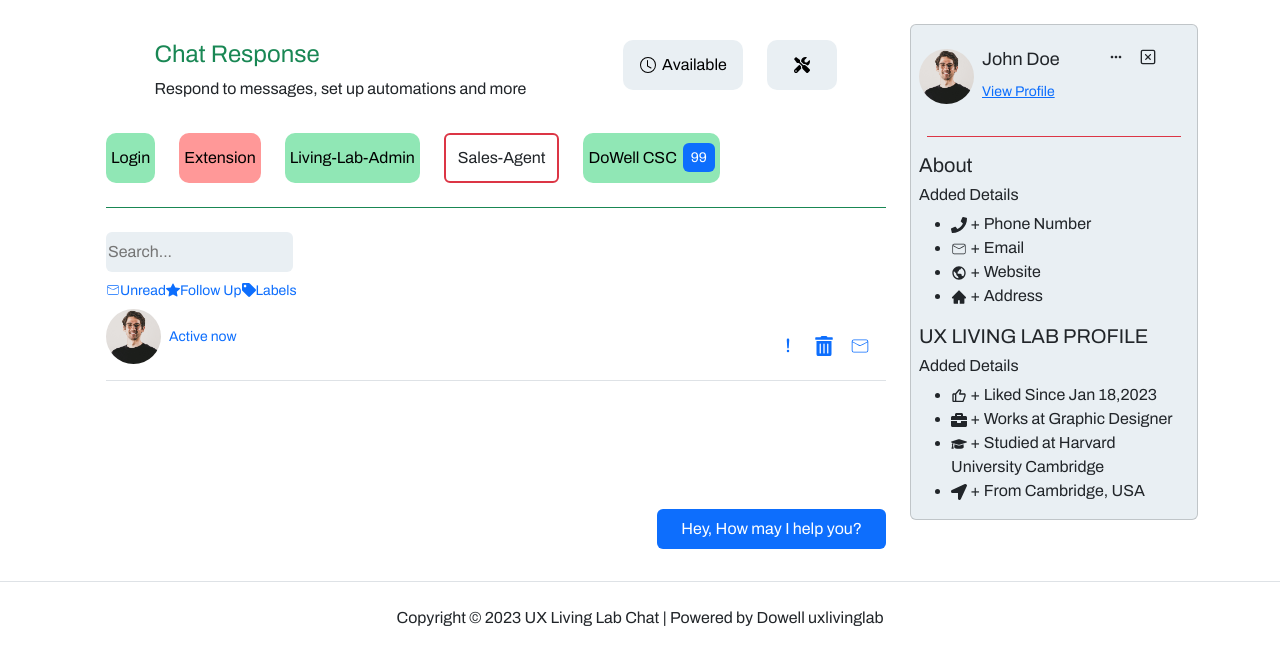
Repository: uh-sman/UX-Living-Lab-Chat
Page: /
An editor plug-in stored every save of this project. The page is shown before and after the next save, followed by the edit.
The browser window is 1280 px wide. The pictures show the whole page.
The project was rebuilt for these pictures with package versions that can differ from the ones it lists, and the page was loaded fresh each time.

Above is the page before, as saved 2023-05-10 18:28:44.

After the next save:
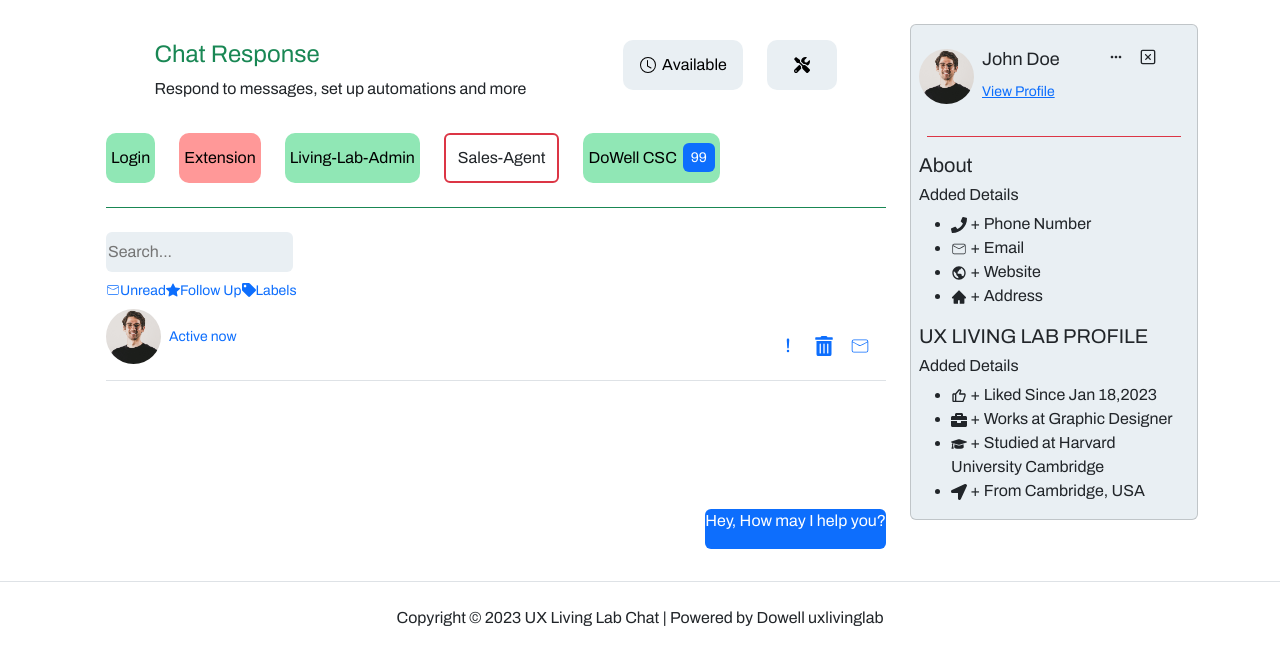
Saved 115 s later.
--- a/src/container/ChatSection.js
+++ b/src/container/ChatSection.js
@@ -8,7 +8,7 @@ const ChatSection = () => {
     <div className="container">
       <ChatHeader />
       {/* chats come here */}
-      <div className="d-flex flex-row flex-sm-column my-2">
+      <div className="d-flex flex-row flex-sm-column f my-2">
         <SearchBar />
         <ProfileHead />
       </div>
--- a/src/container/Chats/message/Message.jsx
+++ b/src/container/Chats/message/Message.jsx
@@ -7,7 +7,7 @@ const Message = () => {
       <div className="d-flex justify-content-end ">
         {message ? (
           <div
-            className="bg-primary text-white rounded d-flex align-items-center"
+            className="bg-primary text-white rounded d-flex align-self-end"
             style={{
               width: "auto",
               height: "40px",
@@ -15,7 +15,7 @@ const Message = () => {
               marginTop: "8rem",
             }}
           >
-            <li className="mx-4 ">Hey, How may I help you? </li>
+            <li className=" ">Hey, How may I help you? </li>
           </div>
         ) : null}
       </div>
